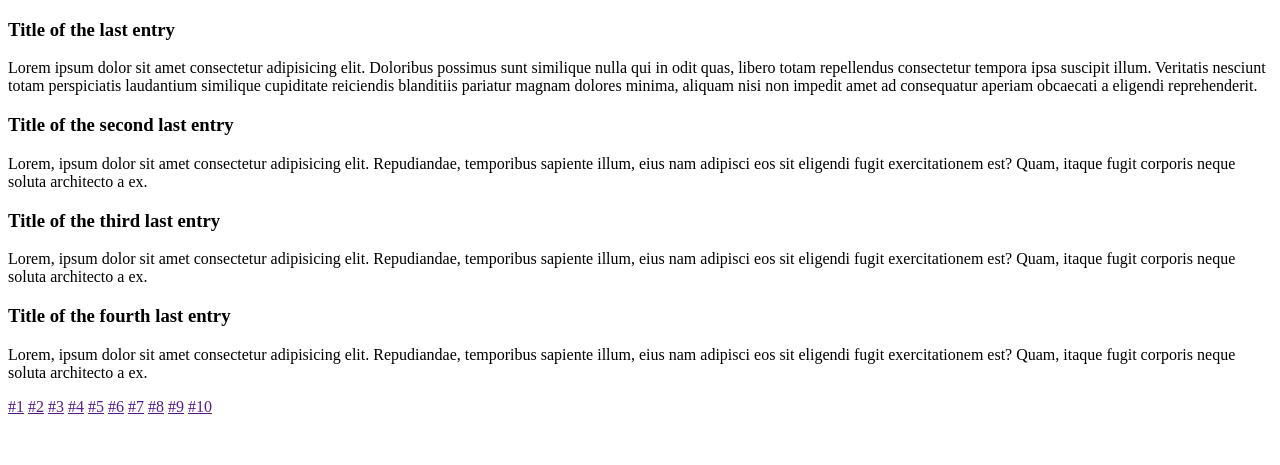
Repository: KikiMcArron/Don_Kiki_McArron
Page: index.html
These files come from the project's save history. The page is drawn as it stood at one moment and after the next save; the edit follows.
The browser window is 1280 px wide. The pictures show the whole page.

Above is the page before, as saved 2022-04-10 19:16:07.

After the next save:
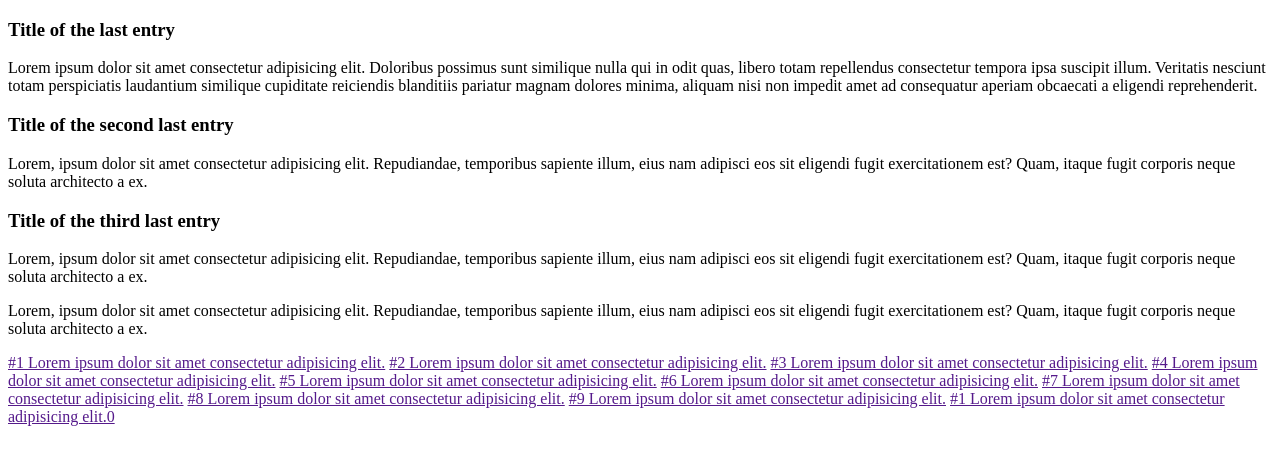
Saved 6 min 25 s later.
--- a/index.html
+++ b/index.html
@@ -36,23 +36,23 @@
                         soluta architecto a ex.</p>
                     </article>
                     <article>
-                <h3>Title of the fourth last entry</h3>
+
                 <p>Lorem, ipsum dolor sit amet consectetur adipisicing elit. Repudiandae, temporibus sapiente illum,
                     eius nam adipisci eos sit eligendi fugit exercitationem est? Quam, itaque fugit corporis neque
                     soluta architecto a ex.</p>
             </article>
         </section>
         <section class="hitory_entries">
-            <a href=""> #1</a>
-            <a href=""> #2</a>
-            <a href=""> #3</a>
-            <a href=""> #4</a>
-            <a href=""> #5</a>
-            <a href=""> #6</a>
-            <a href=""> #7</a>
-            <a href=""> #8</a>
-            <a href=""> #9</a>
-            <a href=""> #10</a>
+            <a href=""> #1 Lorem ipsum dolor sit amet consectetur adipisicing elit.</a>
+            <a href=""> #2 Lorem ipsum dolor sit amet consectetur adipisicing elit.</a>
+            <a href=""> #3 Lorem ipsum dolor sit amet consectetur adipisicing elit.</a>
+            <a href=""> #4 Lorem ipsum dolor sit amet consectetur adipisicing elit.</a>
+            <a href=""> #5 Lorem ipsum dolor sit amet consectetur adipisicing elit.</a>
+            <a href=""> #6 Lorem ipsum dolor sit amet consectetur adipisicing elit.</a>
+            <a href=""> #7 Lorem ipsum dolor sit amet consectetur adipisicing elit.</a>
+            <a href=""> #8 Lorem ipsum dolor sit amet consectetur adipisicing elit.</a>
+            <a href=""> #9 Lorem ipsum dolor sit amet consectetur adipisicing elit.</a>
+            <a href=""> #1 Lorem ipsum dolor sit amet consectetur adipisicing elit.0</a>
 
         </section>
     </main>
